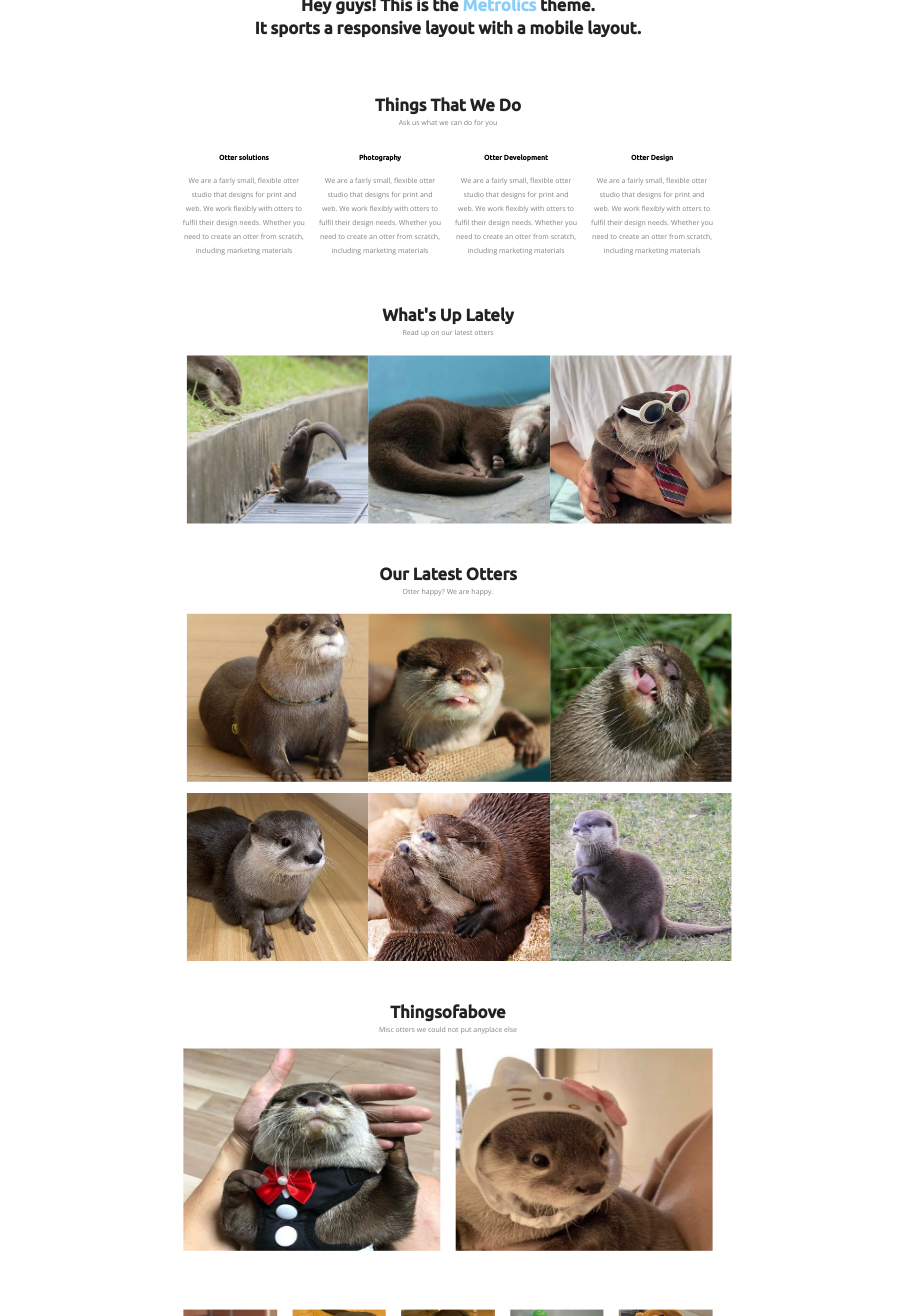
Repository: kennyharman/Marlowe_Kenny_Lab_02B
Page: index.html
These files come from the project's save history. The page is drawn as it stood at one moment and after a run of saves; the edit follows.
The browser window is 1280 px wide. The page is 1296 px wide, so the pictures cover 1296 px, including what lies to the right of the window. The pictures show the part of the page from y = 527 to 2407 px (the page is 2819 px tall), at 70% of full size.

Above is the page before, as saved 2024-02-08 19:34:50.

### index.html
<!doctype html>
<html class="no-js" lang="EN">

<head>
  <meta charset="utf-8">
  <meta name="viewport" content="width=device-width, initial-scale=1">
  <title></title>
  <link rel="stylesheet" href="css/style.css">
  <link href="https://fonts.googleapis.com/css2?family=Open+Sans:ital,wght@0,400;0,700;1,400&family=Ubuntu:ital,wght@0,300;0,500;1,300&display=swap" rel="stylesheet">
  <meta name="description" content="">

  <meta property="og:title" content="Metrolics page">
  <meta property="og:type" content="website">
  <meta property="og:url" content="http://localhost:8888/metrolics/">

  <link rel="icon" href="/favicon.ico" sizes="any">
  <link rel="icon" href="/icon.svg" type="image/svg+xml">
  <link rel="apple-touch-icon" href="icon.png">

  <link rel="manifest" href="site.webmanifest">
  <meta name="theme-color" content="#fafafa">
</head>

<body class="page">
  <script src="js/app.js"></script>

<header class="page__header">
  <div class="row m-col-2 l-col-2 menu">
    <div class="col header__menu-logo">
      <h1>Metrolics</h1>
    </div>
    <div class="col header__menu-nav">
      Home
      Pages
      Blog
      Portfolio
      Home
    </div>
</header>

<main>
  <div class="page__banner">
    <div class="col banner-header">
      <img src="images/pink_otter.jpg">
      <ul class="listed-items">
        <li>Metro Style</li>
        <li>Retina Ready</li>
        <li>Responsive Design</li>
      </ul>
    </div>
  </div>
  <div class="page__section">
    <div class="row header">
      <div class="col header-text">
        <h2>Hey guys! This is the <span class="text__color-change">Metrolics</span> theme.<br/>It sports a responsive layout with a mobile layout.</h2>
      </div>
    </div>
  </div>

  <div class="section-services">
    <div class="row m-col-2 l-col-4">
      <div class="col m-row-span l-row-span heading">
        <h3>Things That We Do</h3>
        <p>Ask us what we can do for you</p>
      </div>
      <div class="col services-card">
        <h4>Otter solutions</h4>
        We are a fairly small, flexible otter studio that designs for print and web. We work flexibly with otters to fulfil their design needs. Whether you need to create an otter from scratch, including marketing materials
      </div>
      <div class="col services-card">
        <h4>Photography</h4>
        We are a fairly small, flexible otter studio that designs for print and web. We work flexibly with otters to fulfil their design needs. Whether you need to create an otter from scratch, including marketing materials
      </div>
      <div class="col services-card">
        <h4>Otter Development</h4>
        We are a fairly small, flexible otter studio that designs for print and web. We work flexibly with otters to fulfil their design needs. Whether you need to create an otter from scratch, including marketing materials
      </div>
      <div class="col services-card">
        <h4>Otter Design</h4>
        We are a fairly small, flexible otter studio that designs for print and web. We work flexibly with otters to fulfil their design needs. Whether you need to create an otter from scratch, including marketing materials
      </div>
    </div>
  </div>
    </div>
  </div>

  <div class="section-work">
    <div class="row m-col-2 l-col-3">
      <div class="col m-row-span l-row-span heading">
        <h3>What's Up Lately</h3>
        <p>Read up on our latest otters</p>
      </div>
      <div class="col m-row-span image">
        <img src="images/otter7.jpg" alt="Otter Fall">
      </div>
      <div class="col image">
        <img src="images/otter8.jpg" alt="Sleepy Otter">
      </div>
      <div class="col image">
        <img src="images/otter9.jpg" alt="Madi the Otter">
      </div>
    </div>
  </div>

  <div class="section-projects">
    <div class="row m-col-2 l-col-3">
      <div class="col m-row-span l-row-span heading">
        <h3>Our Latest Otters</h3>
        <p>Otter happy? We are happy.</p>
      </div>
      <div class="col image">
        <img src="images/otter1.jpg" alt="Curious Otter">
      </div>
      <div class="col image">
        <img src="images/otter2.jpg" alt="Teasing Otter">
      </div>
      <div class="col image">
        <img src="images/otter3.jpg" alt="Otter Playing Dead">
      </div>
      <div class="col image">
        <img src="images/otter4.jpg" alt="Pondering Otter">
      </div>
      <div class="col image">
        <img src="images/otter5.jpg" alt="Loving Otters">
      </div>
      <div class="col image">
        <img src="images/otter6.jpg" alt="Wise Otter">
      </div>
    </div>
  </div>

  <div class="section-misc">
    <div class="row l-col-2">
      <div class="col l-row-span heading">
        <h3>Thingsofabove</h3>
        <p>Misc otters we could not put anyplace else</p>
      </div>
      <div class="col misc-content">
        <img src="images/otter10.jpg" alt="Snazzy Otter">
      </div>
      <div class="col misc-content">
        <img src="images/otter11.jpg" alt="Hello Kitty Otter">
      </div>
    </div>
  </div>

  <div class="section-affiliates">
    <div class="row m-col-5 l-col-5">
      <div class="col affiliates-card">
        <img src="images/otter12.jpg" alt="Otter Hug">
      </div>
      <div class="col affiliates-card">
        <img src="images/otter13.jpg" alt="Otter Stretch">
      </div>
      <div class="col affiliates-card">
        <img src="images/otter14.jpg" alt="Surprised Otter">
      </div>
      <div class="col affiliates-card">
        <img src="images/otter15.jpg" alt="Otter Bath">
      </div>
      <div class="col affiliates-card">
        <img src="images/otter16.jpg" alt="Otter Bear">
      </div>
    </div>
  </div>
</main>
<footer class="page__footer">
  <div class="row m-col-2 l-col-4 footer">
    <div class="col m-row-span l-row-span footer-heading">
      <h3>Peewee Herman</h3>
      <p>Peewee has over 10 years experience in the industry. He is our Creative Director, digital designer, web designer and front-end developer. He is also pretty good with a sketchbook. Before starting the company Peewee worked as a designer and studio manager for a design house who boasted a number of big name clients.</p>
    </div>
    <div class="col footer-item">
      <h3>About Us</h3>
    </div>
    <div class="col footer-item">
      <h3>Flickr Photos</h3>
    </div>
    <div class="col footer-item">
      <h3>Recent Tweets</h3>
    </div>
    <div class="col footer-item">
      <h3>Newsletter</h3>
    </div>
  </div>
</footer>
</body>

### css/style.css
/*! HTML5 Boilerplate v9.0.0-RC1 | MIT License | https://html5boilerplate.com/ */

/* main.css 3.0.0 | MIT License | https://github.com/h5bp/main.css#readme */
/*
 * What follows is the result of much research on cross-browser styling.
 * Credit left inline and big thanks to Nicolas Gallagher, Jonathan Neal,
 * Kroc Camen, and the H5BP dev community and team.
 */

/* ==========================================================================
   Base styles: opinionated defaults
   ========================================================================== */

html {
  color: #222;
  font-size: 1em;
  line-height: 1.4;
  margin-left: -1rem;
  margin-right: -1rem;
}

/*
 * Remove text-shadow in selection highlight:
 * https://twitter.com/miketaylr/status/12228805301
 *
 * Customize the background color to match your design.
 */

::-moz-selection {
  background: #b3d4fc;
  text-shadow: none;
}

::selection {
  background: #b3d4fc;
  text-shadow: none;
}

/*
 * A better looking default horizontal rule
 */

hr {
  display: block;
  height: 1px;
  border: 0;
  border-top: 1px solid #ccc;
  margin: 1em 0;
  padding: 0;
}

/*
 * Remove the gap between audio, canvas, iframes,
 * images, videos and the bottom of their containers:
 * https://github.com/h5bp/html5-boilerplate/issues/440
 */

audio,
canvas,
iframe,
img,
svg,
video {
  vertical-align: middle;
}

/*
 * Remove default fieldset styles.
 */

fieldset {
  border: 0;
  margin: 0;
  padding: 0;
}

/*
 * Allow only vertical resizing of textareas.
 */

textarea {
  resize: vertical;
}

/* ==========================================================================
   Author's custom styles
   ========================================================================== */

/* ==========================================================================
   Helper classes
   ========================================================================== */

/*
 * Hide visually and from screen readers
 */

.hidden,
[hidden] {
  display: none !important;
}

/*
 * Hide only visually, but have it available for screen readers:
 * https://snook.ca/archives/html_and_css/hiding-content-for-accessibility
 *
 * 1. For long content, line feeds are not interpreted as spaces and small width
 *    causes content to wrap 1 word per line:
 *    https://medium.com/@jessebeach/beware-smushed-off-screen-accessible-text-5952a4c2cbfe
 */

.visually-hidden {
  border: 0;
  clip: rect(0, 0, 0, 0);
  height: 1px;
  margin: -1px;
  overflow: hidden;
  padding: 0;
  position: absolute;
  white-space: nowrap;
  width: 1px;
  /* 1 */
}

/*
 * Extends the .visually-hidden class to allow the element
 * to be focusable when navigated to via the keyboard:
 * https://www.drupal.org/node/897638
 */

.visually-hidden.focusable:active,
.visually-hidden.focusable:focus {
  clip: auto;
  height: auto;
  margin: 0;
  overflow: visible;
  position: static;
  white-space: inherit;
  width: auto;
}

/*
 * Hide visually and from screen readers, but maintain layout
 */

.invisible {
  visibility: hidden;
}

/*
 * Clearfix: contain floats
 *
 * The use of `table` rather than `block` is only necessary if using
 * `::before` to contain the top-margins of child elements.
 */

.clearfix::before,
.clearfix::after {
  content: "";
  display: table;
}

.clearfix::after {
  clear: both;
}

/* ==========================================================================
   EXAMPLE Media Queries for Responsive Design.
   These examples override the primary ('mobile first') styles.
   Modify as content requires.
   ========================================================================== */

@media only screen and (min-width: 35em) {
  /* Style adjustments for viewports that meet the condition */
}

@media print,
  (-webkit-min-device-pixel-ratio: 1.25),
  (min-resolution: 1.25dppx),
  (min-resolution: 120dpi) {
  /* Style adjustments for high resolution devices */
}

/* ==========================================================================
   Print styles.
   Inlined to avoid the additional HTTP request:
   https://www.phpied.com/delay-loading-your-print-css/
   ========================================================================== */

@media print {
  *,
  *::before,
  *::after {
    background: #fff !important;
    color: #000 !important;
    /* Black prints faster */
    box-shadow: none !important;
    text-shadow: none !important;
  }

  a,
  a:visited {
    text-decoration: underline;
  }

  a[href]::after {
    content: " (" attr(href) ")";
  }

  abbr[title]::after {
    content: " (" attr(title) ")";
  }

  /*
   * Don't show links that are fragment identifiers,
   * or use the `javascript:` pseudo protocol
   */
  a[href^="#"]::after,
  a[href^="javascript:"]::after {
    content: "";
  }

  pre {
    white-space: pre-wrap !important;
  }

  pre,
  blockquote {
    border: 1px solid #999;
    page-break-inside: avoid;
  }

  tr,
  img {
    page-break-inside: avoid;
  }

  p,
  h2,
  h3 {
    orphans: 3;
    widows: 3;
  }

  h2,
  h3 {
    page-break-after: avoid;
  }
}

/* Our Styling */

h1,
h2,
h3,
h4,
h5,
h6 {
    font-family: 'Ubuntu', sans-serif;
}

p {
    font-family: 'Open Sans', sans-serif;
}

.row {
  display: grid;
  margin-top: 2rem;
}
.col {
  position: relative;
  max-height: 100%;
}

.page__header,
.banner-header,
.page__section,
.section-services,
.section-work,
.section-projects,
.section-misc,
.section-affiliates,
.footer {
  margin: auto;
  width: 60%;
}

.heading {
  display: flex;
  flex-direction: column;
  align-items: center;
  padding: 0 auto;
}

.heading > h3 {
  margin-bottom: 0;
  font-size: 24px;
}

.heading > p {
  margin-top: 0;
  font-size: 10px;
  color: grey;
}

.header-text {
  text-align: center;
}

.text__color-change {
  color: lightskyblue;
}

.listed-items {
  position: absolute;
  top: 5rem;
  left: 5rem;
  list-style-type: none;
}

.listed-items > li {
  background-color: white;
  margin-top: 2px;
  padding-top: 0.5rem;
  padding-bottom: 0.5rem;
  font-family: 'Ubuntu', sans-serif;
}

.listed-items li:nth-child(1) {
  border-left: solid 5px blue;
  padding-left: 1rem;
  padding-right: 1rem;
  width: fit-content;
}

.listed-items li:nth-child(2) {
  border-left: solid 5px red;
  padding-left: 1rem;
  padding-right: 1rem;
  width: fit-content;
}

.listed-items li:nth-child(3) {
  border-left: solid 5px yellow;
  padding-left: 1rem;
  padding-right: 1rem;
  width: fit-content;
}

.banner-header {
  position: relative;
}

.services-card {
  text-align: center;
  font-size: 10px;
  padding: 10px;
  color: grey;
  font-family: 'Open Sans', sans-serif;
  line-height: 20px;
}

.services-card > h4 {
  color: black;
}

.image {
  width: 100%;
  height: 15rem;
  margin-top: 1rem;
}

.image > img {
  width: 100%;
  height: 100%;
  object-fit: cover;
  margin-left: 1rem;
}

.misc-content {
  margin-top: 1.5rem;
  margin: 0.7rem;
  margin-bottom: -2rem;
}

.misc-content > img {
  width: 100%;
  height: 85%;
}

.affiliates-card {
  margin: 0.7rem;
  margin-bottom: 3rem;
}

.affiliates-card > img {
  width: 100%;
  height: 85%;;
}

.banner-header {
  justify-content: center;
}

.banner-header > img {
  width: 100%;
  max-height: 70%;
}

.page__banner {
  background-color: lightgray;
}

.page__footer {
  background-color: rgb(10, 10, 56);
  color: white;
}

/* Small only */
@media screen and (max-width: 39.9375em) {
  .page__header,
.banner-header,
.page__section,
.section-services,
.section-work,
.section-projects,
.section-misc,
.section-affiliates,
.footer {
  margin: auto;
  width: 20rem;
}

.header {
  margin: -5px;
}
  .header__menu-nav {
    display: none;
  }
  .page__banner {
    display: none;
  }
  .affiliates {
    display: none;
  }
  .misc {
    display: none;
  }
  .services-card {
    text-align: left;
    font-size: 12px;
    padding: 0px;
    color: grey;
    font-family: 'Open Sans', sans-serif;
    line-height: 15px;
    padding-top: 20px;
  }
  .services-card > h4 {
    line-height: 0px;
  }
  .section-misc {
    display: none;
  }
  .section-affiliates {
    display: none;
  }
}

/* Medium only */
@media screen and (min-width: 40em) and
(max-width: 63.9375em) {
  .row {
    max-width: 70rem;
    column-gap: 1.5rem;
    row-gap: 1.5rem;
    margin: 0 auto;
  }
  .m-col-2 {
    grid-template-columns: 1fr 1fr;
  }
  .m-col-3 {
    grid-template-columns: repeat(3, 1fr);
  }
  .m-col-4 {
    grid-template-columns: repeat(4, 1fr);
  }
  .m-col-5 {
    grid-template-columns: repeat(5, 1fr);
  }

  .m-row-span {
    grid-column-start: 1;
    grid-column-end: -1;
  }
}

/* Large only */
@media screen and (min-width: 64em) {
  .l-col-2 {
    grid-template-columns: 1fr 1fr;
  }
  .l-col-3 {
    grid-template-columns: repeat(3, 1fr);
  }
  .l-col-4 {
    grid-template-columns: repeat(4, 1fr);
  }
  .l-col-5 {
    grid-template-columns: repeat(5, 1fr);
  }

  .l-row-span {
    grid-column-start: 1;
    grid-column-end: -1;
  }
}

Loaded but not shown: js/app.js (no stored copy; drawn as an empty file)

After the next 2 saves:
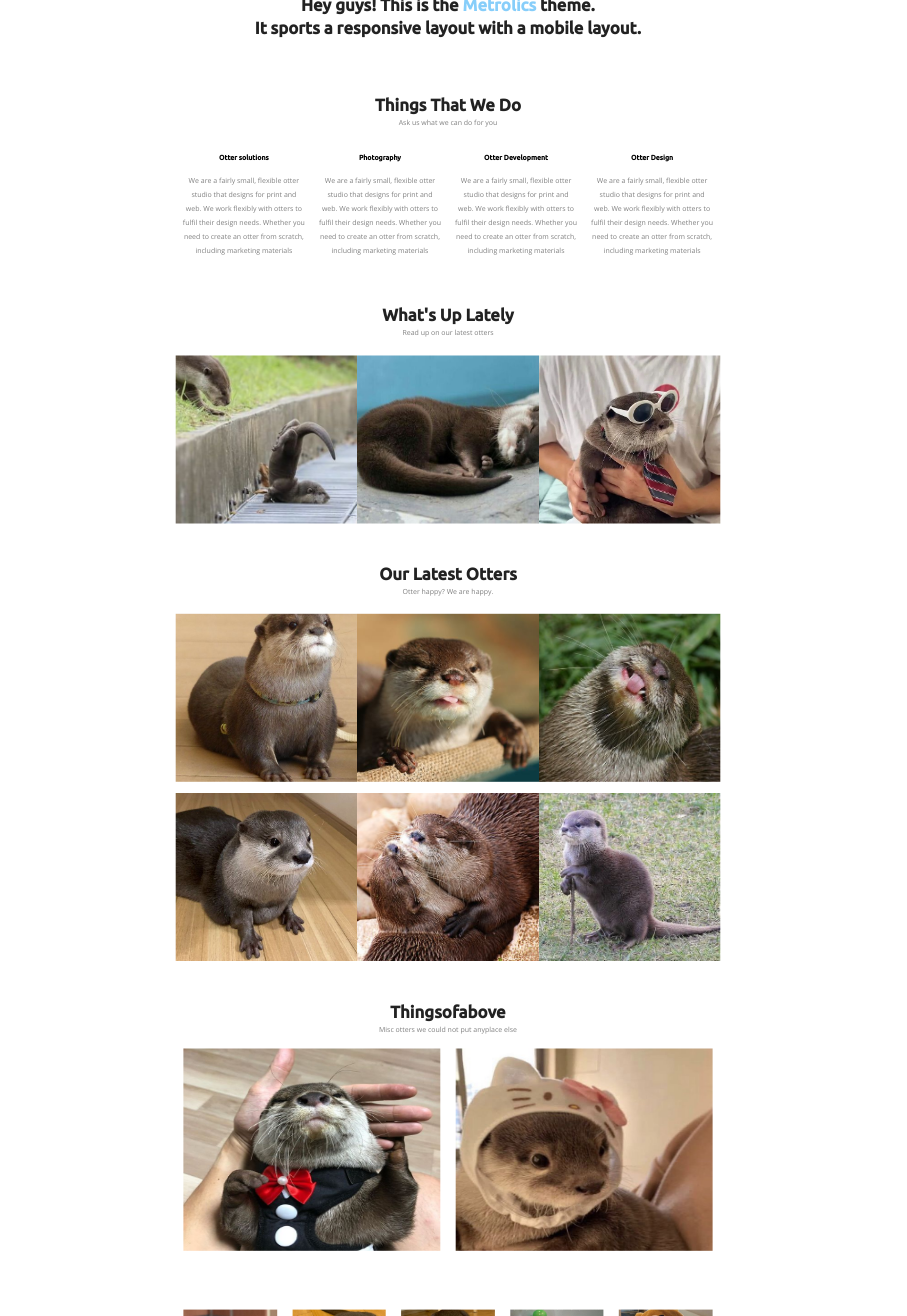
The 2 saves are shown as one change because they came seconds apart.
The last was saved 13 s later.
--- a/css/style.css
+++ b/css/style.css
@@ -373,7 +373,6 @@ p {
   width: 100%;
   height: 100%;
   object-fit: cover;
-  margin-left: 1rem;
 }
 
 .misc-content {
